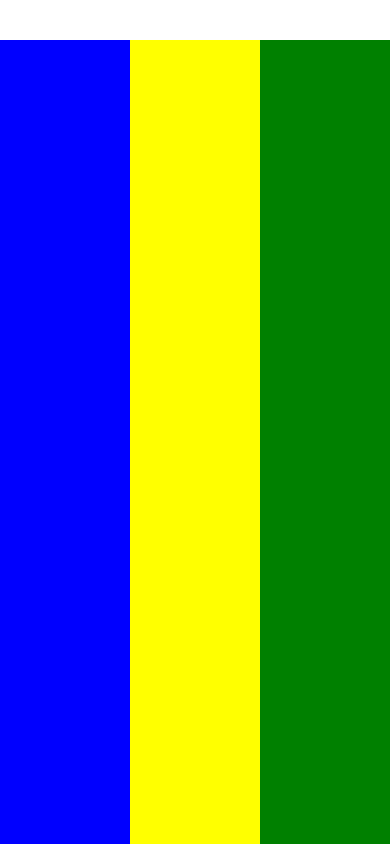
Repository: akinmiday/ReactNativeApp
Screen: /
The author's editor kept a copy of each file at every save. The screen is drawn from the files as they stood at one save, then again after the next save.
The app was drawn by React Native's web renderer in a window 390 px wide. The project was rebuilt for these pictures with package versions that can differ from the ones it lists, and the page was loaded fresh each time.

Above is the screen before, as saved 2023-08-03 18:51:40.

After the next save:
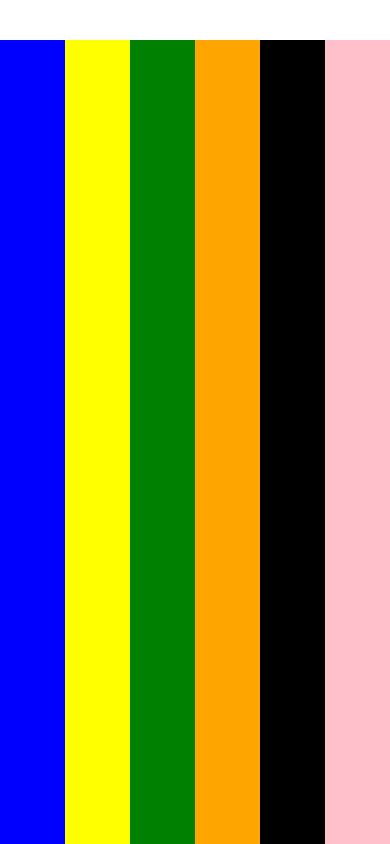
Saved 70 s later.
--- a/App.js
+++ b/App.js
@@ -19,6 +19,9 @@ export default function App() {
       <View style={{ backgroundColor: "blue", flex: 1 }}></View>
       <View style={{ backgroundColor: "yellow", flex: 1 }}></View>
       <View style={{ backgroundColor: "green", flex: 1 }}></View>
+      <View style={{ backgroundColor: "orange", flex: 1 }}></View>
+      <View style={{ backgroundColor: "black", flex: 1 }}></View>
+      <View style={{ backgroundColor: "pink", flex: 1 }}></View>
     </View>
   );
 }
